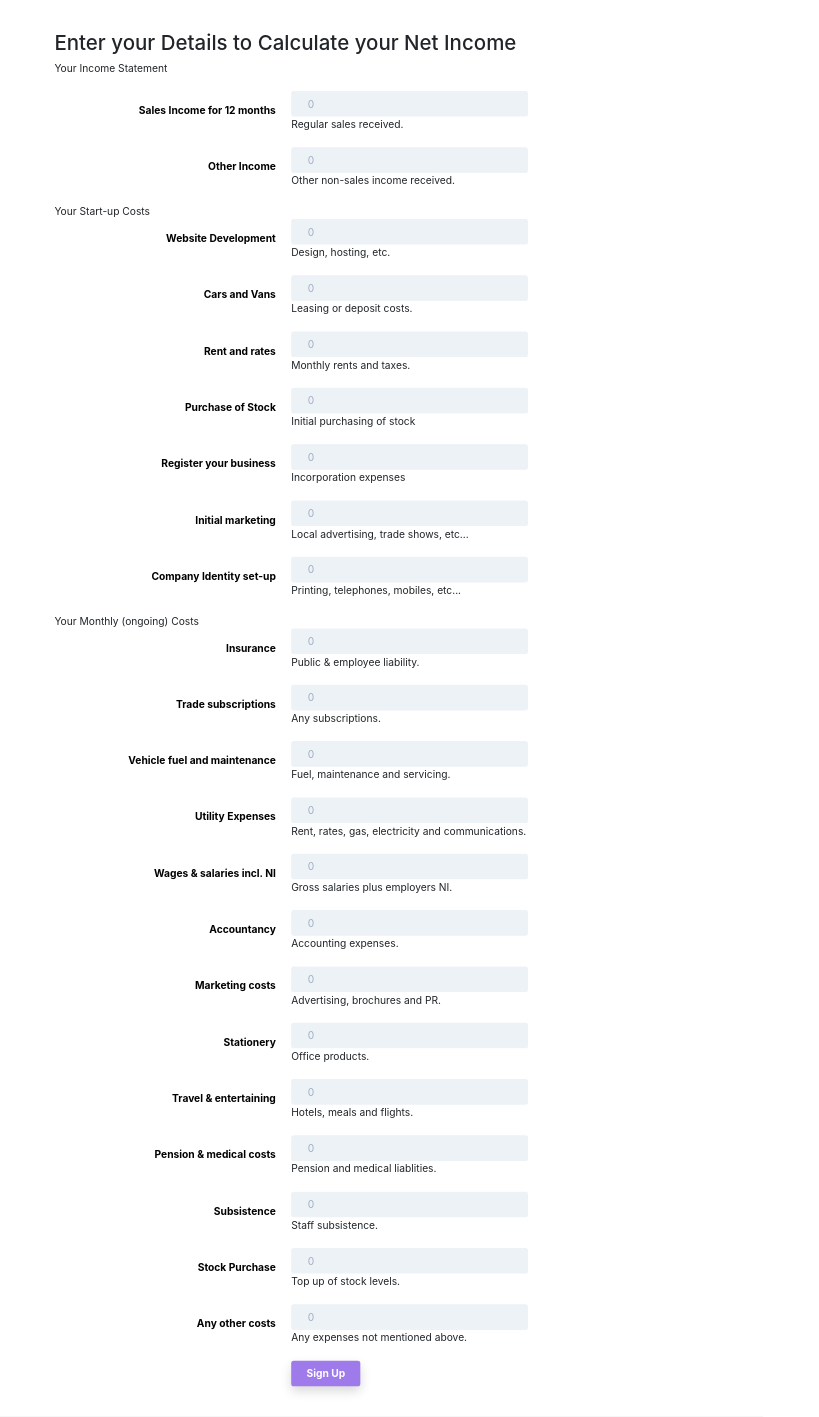
Repository: latenightsnacc/Financial-Forecast
Page: financial-forecast.html
These files come from the project's save history. The page is drawn as it stood at one moment and after the next save; the edit follows.
The browser window is 1280 px wide. The pictures show the whole page, at 64% of full size.

Above is the page before, as saved 2020-11-15 14:07:00.

After the next save:
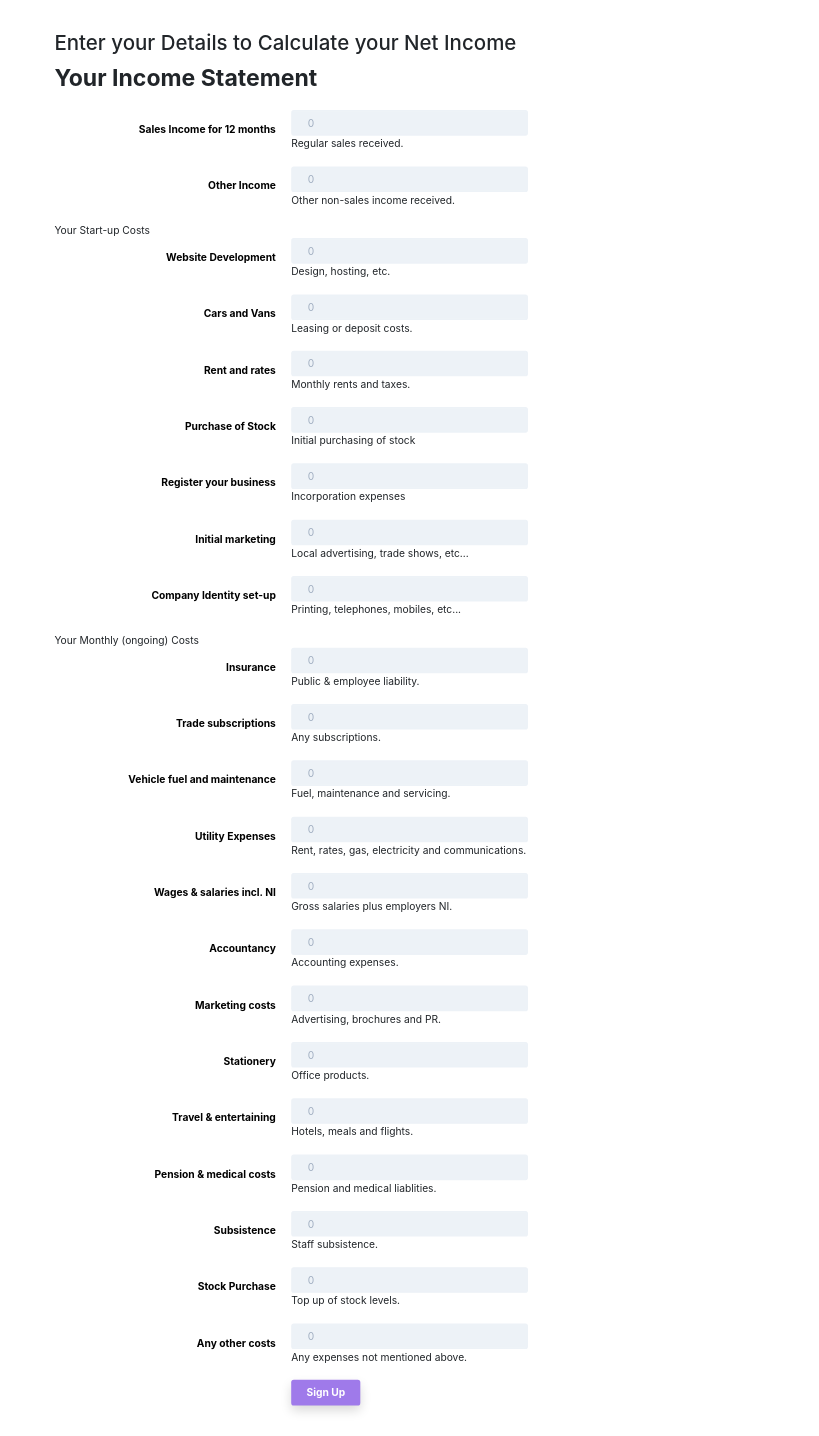
Saved 22 s later.
--- a/financial-forecast.html
+++ b/financial-forecast.html
@@ -24,7 +24,7 @@
             <!--FORM-->
             <form class="w-full max-w-none">
             <!--NET INCOME-->
-                <div class="title mb-6">Your Income Statement</div>
+                <div class="font-bold text-4xl mb-6">Your Income Statement</div>
                 <!--Sales Income-->
                 <div class="md:flex md:items-center mb-6">
                   <div class="md:w-1/3">
